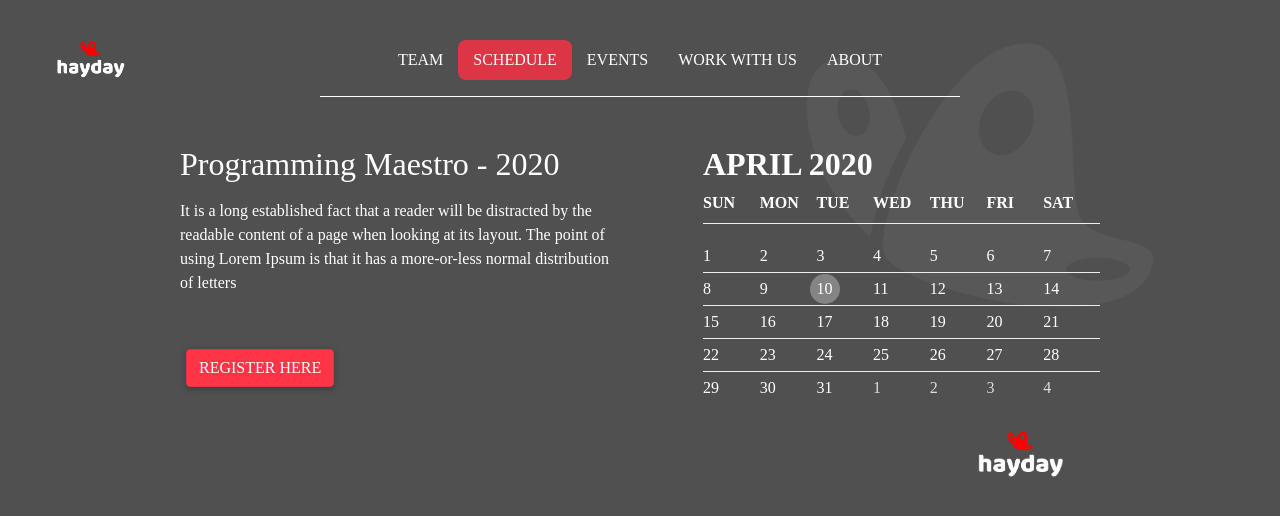
Repository: im1971/company-web
Page: schedule.html
These files come from the project's save history. The page is drawn as it stood at one moment and after the next save; the edit follows.
The browser window is 1280 px wide. The pictures show the whole page.
Some web fonts or font styles are not loaded; a fallback is used.

Above is the page before, as saved 2020-02-08 11:16:20.
Not found: js/main.js

After the next save:
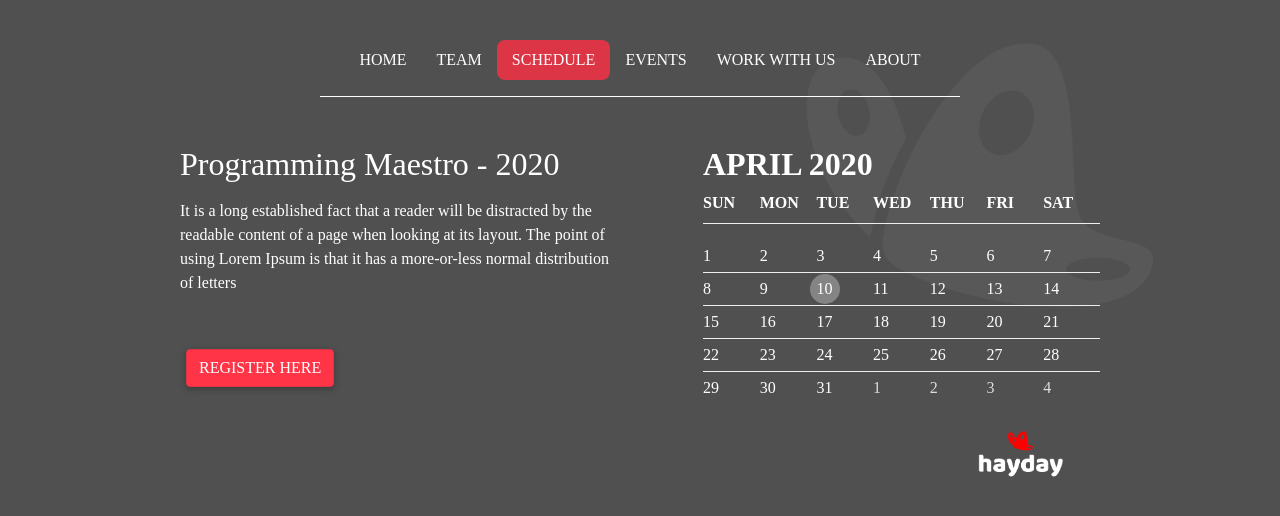
Saved 68 s later.
--- a/schedule.html
+++ b/schedule.html
@@ -32,9 +32,9 @@
                         <div class="collapse navbar-collapse" id="navbarSupportedContent">
 
                             <ul class="navbar-nav m-auto text-uppercase">
-                                <a class="nav-icon" href="index.html">
-                                    <img src="img/logo.png" alt="">
-                                </a>
+                                <li class="nav-item">
+                                    <a class="nav-link" href="index.html">Home</a>
+                                </li>
                                 <li class="nav-item">
                                     <a class="nav-link" href="team.html">Team</a>
                                 </li>
